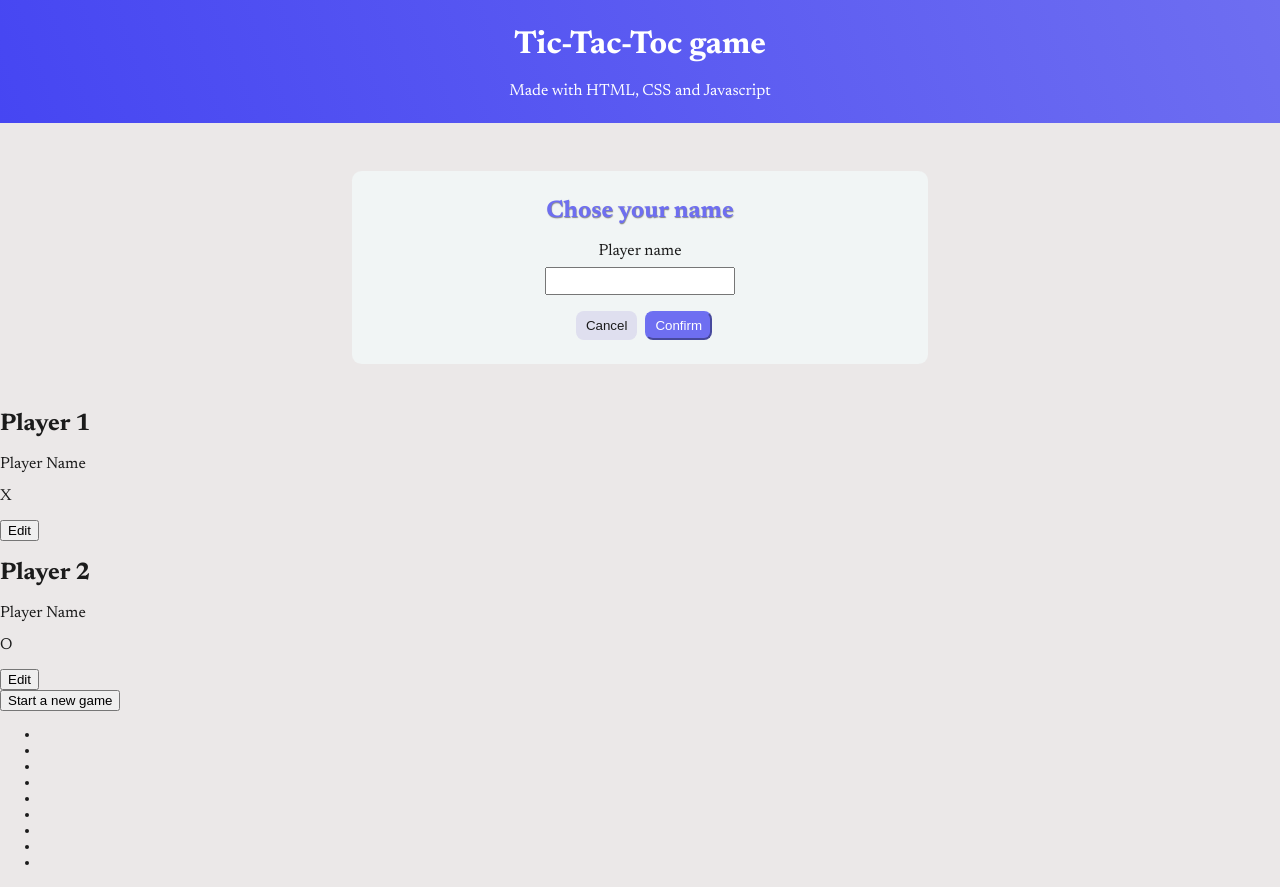
Repository: MicTomm/Tic-tac-toe-game
Page: index.html
These files come from the project's save history. The page is drawn as it stood at one moment and after the next save; the edit follows.
The browser window is 1280 px wide. The pictures show the whole page.

Above is the page before, as saved 2023-06-22 23:56:34.
Not found: js-code

After the next save:
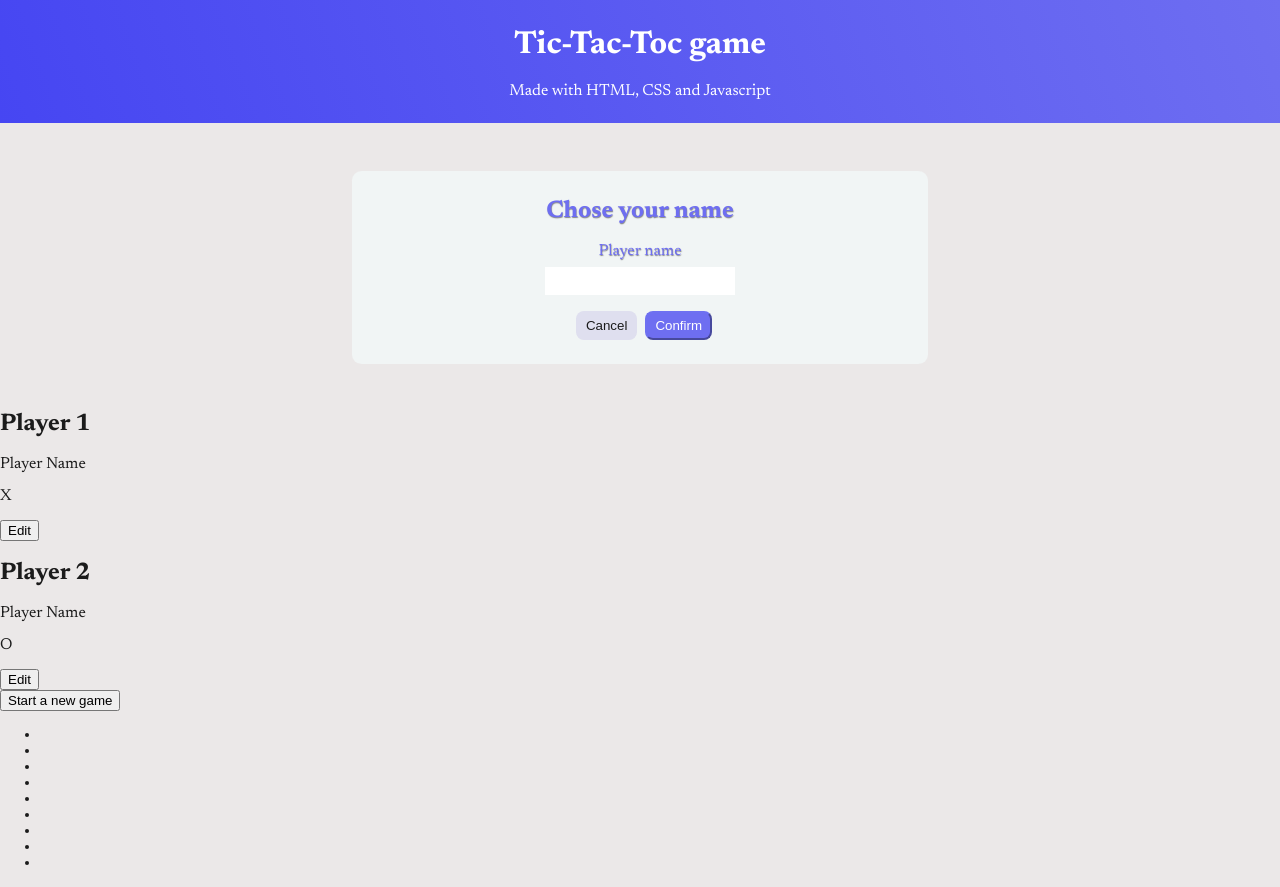
Saved 64 s later.
--- a/styles.css
+++ b/styles.css
@@ -51,7 +51,8 @@ form{
     flex-flow: column;
 }
 
-aside h2{
+aside h2,
+aside label{
     color: rgb(110, 110, 241);
     text-shadow: .5px .5px 1px rgb(27, 27, 27, 0.5);
 }
@@ -63,6 +64,7 @@ form label{
 
 form input{
     padding: .3rem;
+    border-color: transparent;
 }
 
 form #aside-buttons-container{
